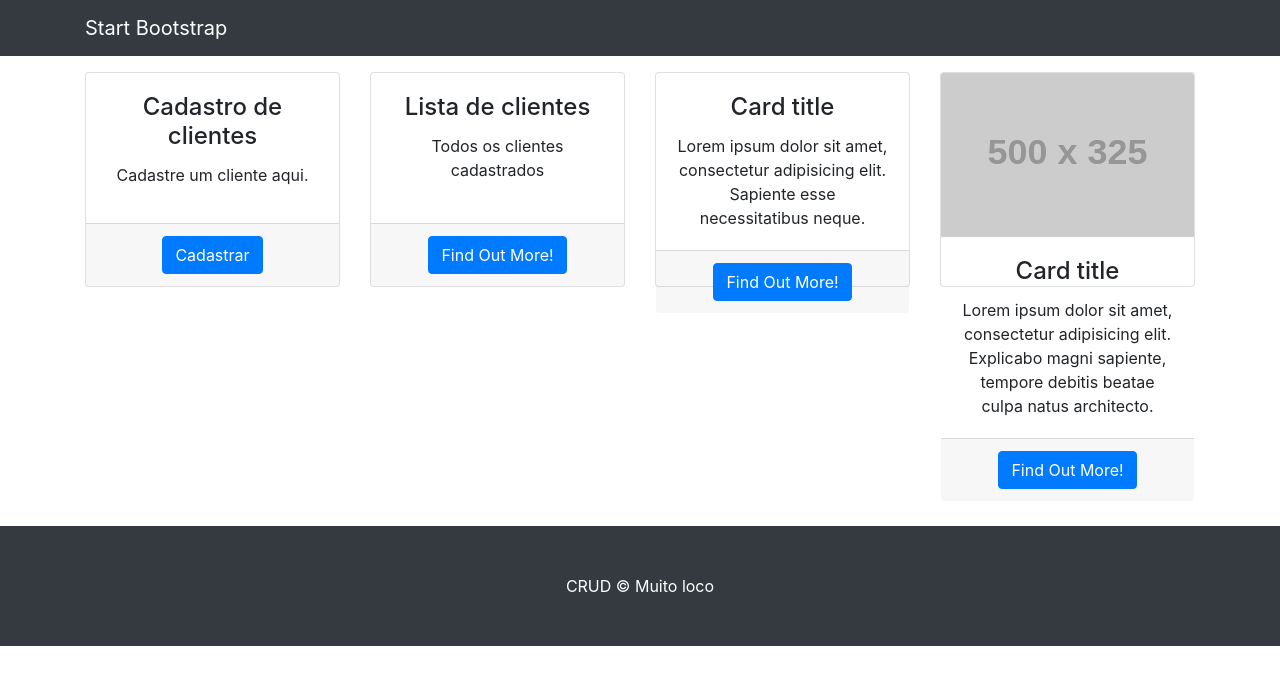
Repository: LucasMontalvao/PHPDACS2020
Page: projeto/site/index.html
The author's editor kept a record of every edit. The page is drawn from the files as they stood at one moment, then again after the next edit.
The browser window is 1280 px wide. The pictures show the whole page.

Above is the page before.

After the next edit:
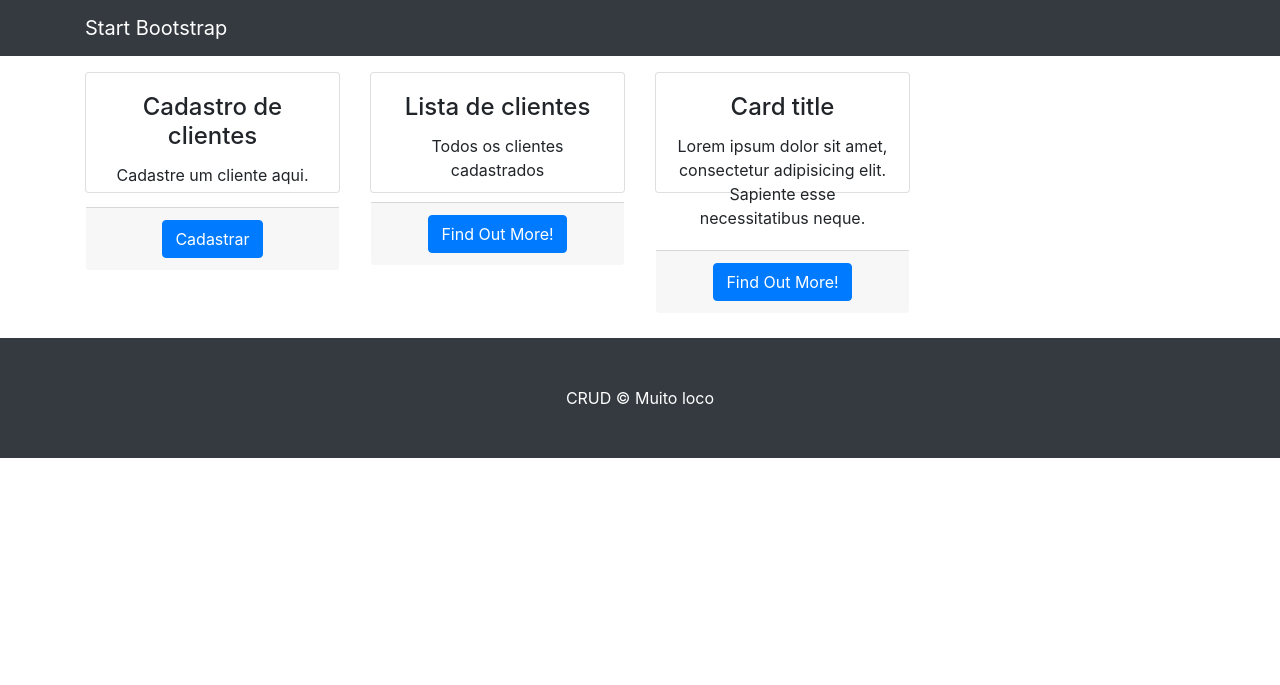
The edit:
--- a/projeto/site/index.html
+++ b/projeto/site/index.html
@@ -93,18 +93,18 @@
         </div>
       </div>
 
-      <div class="col-lg-3 col-md-6 mb-4">
-        <div class="card h-50">
-          <img class="card-img-top" src="http://placehold.it/500x325" alt="">
-          <div class="card-body">
-            <h4 class="card-title">Card title</h4>
-            <p class="card-text">Lorem ipsum dolor sit amet, consectetur adipisicing elit. Explicabo magni sapiente, tempore debitis beatae culpa natus architecto.</p>
-          </div>
-          <div class="card-footer">
-            <a href="#" class="btn btn-primary">Find Out More!</a>
-          </div>
-        </div>
-      </div>
+      <!--<div class="col-lg-3 col-md-6 mb-4">-->
+      <!--  <div class="card h-50">-->
+      <!--    <img class="card-img-top" src="http://placehold.it/500x325" alt="">-->
+      <!--    <div class="card-body">-->
+      <!--      <h4 class="card-title">Card title</h4>-->
+      <!--      <p class="card-text">Lorem ipsum dolor sit amet, consectetur adipisicing elit. Explicabo magni sapiente, tempore debitis beatae culpa natus architecto.</p>-->
+      <!--    </div>-->
+      <!--    <div class="card-footer">-->
+      <!--      <a href="#" class="btn btn-primary">Find Out More!</a>-->
+      <!--    </div>-->
+      <!--  </div>-->
+      <!--</div>-->
 
     </div>
     <!-- /.row -->
